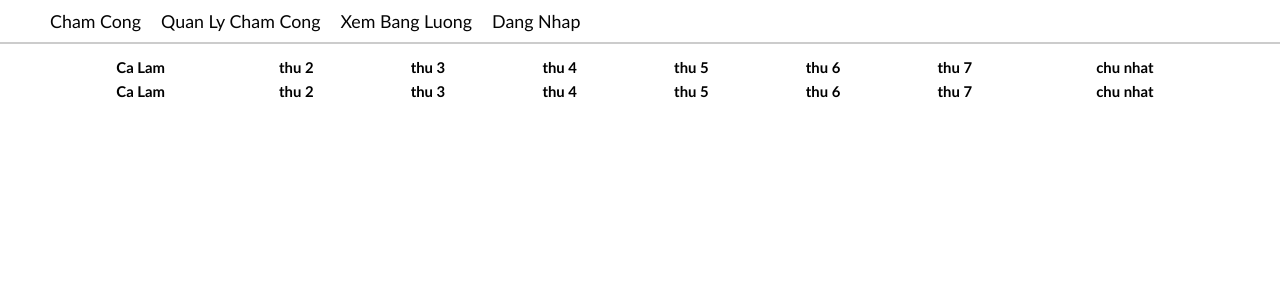
Repository: LDDUNG2003/a
Page: index.html
The author's editor kept a copy of each file at every save. The page is drawn from the files as they stood at one save, then again after the next save.
The browser window is 1280 px wide. The pictures show the whole page.

Above is the page before, as saved 2023-10-14 19:58:46.

### index.html
<!DOCTYPE html>
<html lang="en">

<head>
    <meta charset="UTF-8">
    <meta name="viewport" content="width=device-width, initial-scale=1.0">
    <title>trang chu</title>
    <link rel="stylesheet" href="./controlView/css/base.css">
    <link rel="stylesheet" href="./controlView/css/index.css">
</head>

<body>
    <div class="main">
        <!-- start header -->
        <header class="app__header">
            <nav class="navBar">
                <ul class="navBar-list">
                    <li class="navBar--items"><a href="" class="navbar--link">Cham cong</a></li>
                    <li class="navBar--items"><a href="" class="navbar--link">Quan ly cham cong</a></li>
                    <li class="navBar--items">
                        <a href="" class="navbar--link">Xem bang luong</a></li>
                    <!-- login  -->
                    <li class="navBar--items">
                        <a href="./login.html" class="navbar--link">dang nhap</a></li>
                    <!-- admin menu -->
                    <!-- <li class="navBar--items">
                        admin
                        <ul class="account-list">
                            <li class="account--item"><a href="" class="navbar--link">admin</a></li>
                            <li class="account--item"><a href="" class="navbar--link">quan li nhan su</a></li>
                            <li class="account--item"><a href="" class="navbar--link">dang xuat</a></li>
                        </ul>
                    </li> -->
                    <!-- personnel menu -->
                    <!-- <li class="navBar--items">
                        account name
                        <ul class="account-list">
                            <li class="account--item"><a href="" class="navbar--link">cai dat tai khoan</a></li>
                            <li class="account--item"><a href="" class="navbar--link">dang ki ca lam</a></li>
                            <li class="account--item"><a href="" class="navbar--link">dang xuat</a></li>
                        </ul>
                    </li> -->
                </ul>
            </nav>
        </header>
        <!-- end header -->

        <!-- start content -->
        <div class="app__content">
            <table class="content-table">
                <tr class="table--row">
                    <th class="table--item">Ca Lam</th>
                    <th class="table--item">thu 2</th>
                    <th class="table--item">thu 3</th>
                    <th class="table--item">thu 4</th>
                    <th class="table--item">thu 5</th>
                    <th class="table--item">thu 6</th>
                    <th class="table--item">thu 7</th>
                    <th class="table--item">chu nhat</th>
                </tr>
                <tr class="table--row">
                    <th class="table--item">Ca Lam</th>
                    <th class="table--item">thu 2</th>
                    <th class="table--item">thu 3</th>
                    <th class="table--item">thu 4</th>
                    <th class="table--item">thu 5</th>
                    <th class="table--item">thu 6</th>
                    <th class="table--item">thu 7</th>
                    <th class="table--item">chu nhat</th>
                </tr>
            </table>
        </div>
        <!-- end content -->
    </div>
</body>

</html>

### controlView/css/base.css
:root {
    --primary-color: #0066cc;
    --text-color: #040404;
}

* {
    padding: 0px;
    margin: 0px;
    font-family: 'Trebuchet MS', 'Lucida Sans Unicode', 'Lucida Grande', 'Lucida Sans', Arial, sans-serif;
}

html,
body {
    font-size: 0.62rem;
}

.main {}

.app__header {
    width: 100%;
    border-bottom: solid 2px #ccc;
    background-color: #fff;
}

.navBar {
    width: 100%;
    max-width: 1200px;
    margin: auto;
    cursor: pointer;
}

.navBar-list {
    display: flex;
    list-style: none;
}

.navBar--items {
    padding: 10px 10px;
    font-size: 1.8rem;
    position: relative;
    text-transform: capitalize;
    color: var(--text-color);
}

.navBar--items::after {
    content: '';
    padding-top: 5px;
    top: 80%;
    left: 10px;
    display: none;
    /* width: 0px; */
    background-color: var(--primary-color);
    position: absolute;
    width: 70px;
}

.navBar--items:hover .navBar--items::after {
    display: block;
}

.navbar--link {
    text-decoration: none;
    color: inherit;
}

.account-list {
    position: absolute;
    width: 150px;
    display: none;
    list-style: none;
    padding: 4px;
    color: var(--text-color);
    top: 100%;
    left: 0px;
    box-shadow: #414141;
    background-color: white;
}

.navBar--items:hover .account-list {
    display: block;
}

.account--item {
    padding: 5px 0px;
    border-bottom: solid 1px #ccc;
}

### controlView/css/index.css
.app__content {
    width: 100%;
    max-width: 1200px;
    margin: auto;
}

.content-table {
    padding: 10px;
    width: 100%;
    font-size: 1.5rem;
}

.table--row {}

.table--item {
    border: solid 2px #0000;
}

After the next save:
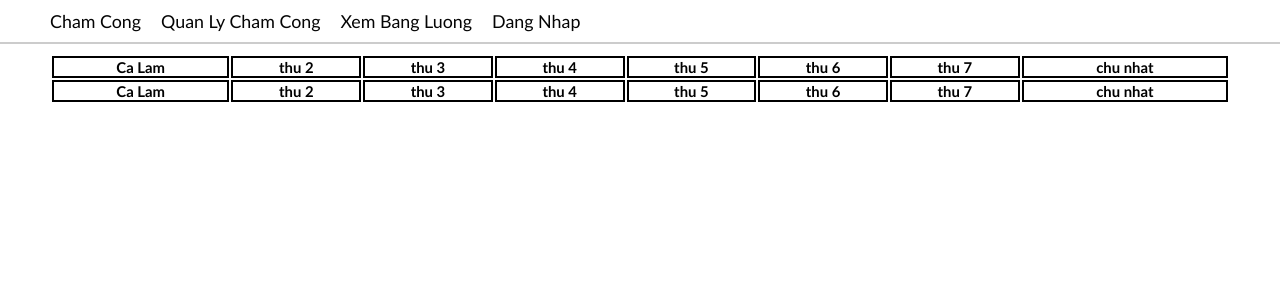
Saved 85 s later.
--- a/controlView/css/index.css
+++ b/controlView/css/index.css
@@ -13,5 +13,5 @@
 .table--row {}
 
 .table--item {
-    border: solid 2px #0000;
+    border: solid 2px #000;
 }
